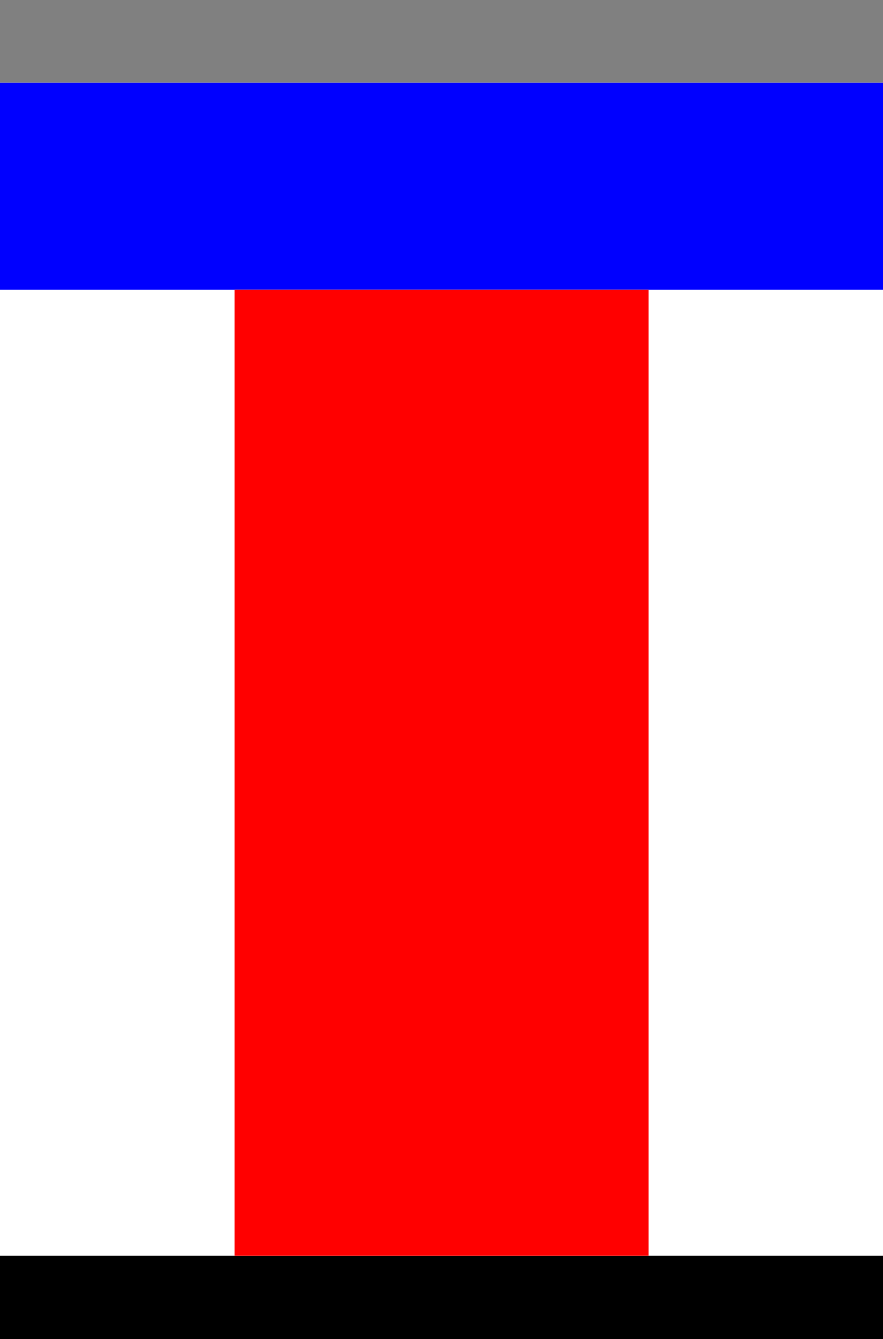
Repository: yukito7878/HTML-CSS-practice
Page: caravan/index.html
The author's editor kept a record of every edit. The page is drawn from the files as they stood at one moment, then again after the next edit.
The browser window is 1280 px wide. The pictures show the whole page, at 69% of full size.

Above is the page before.

After the next edit:
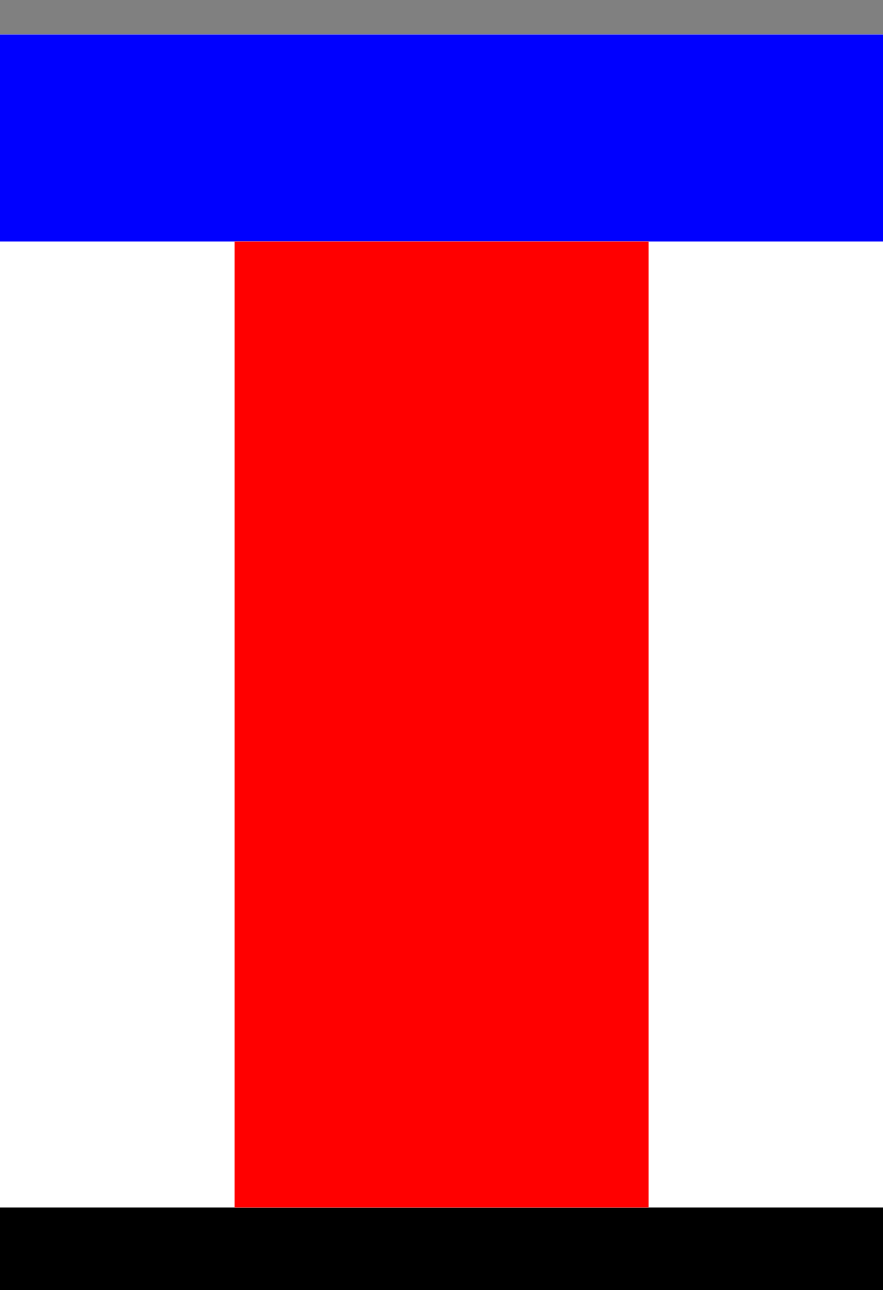
The edit:
--- a/caravan/style1.css
+++ b/caravan/style1.css
@@ -6,7 +6,7 @@
 
 .header{
   width: 100%;
-  height: 120px;
+  height: 50px;
   background-color: gray;
 }
 
